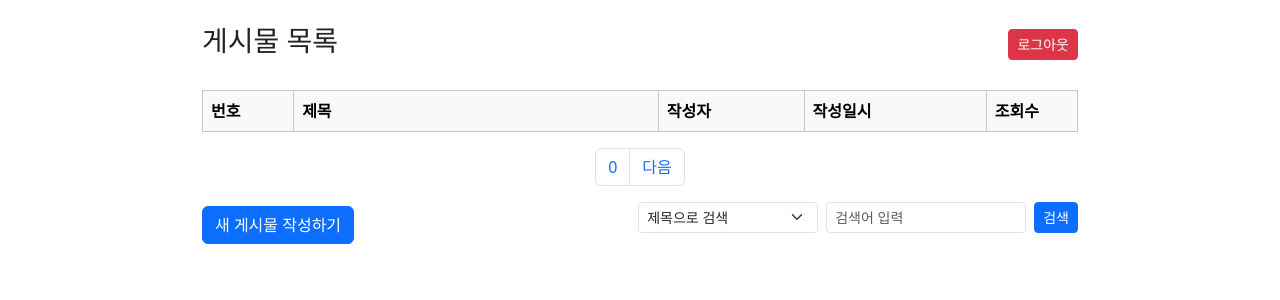
Repository: LHH-commits/SpringBoot_simple_board
Page: http://localhost/lcomputerstudy/WEB-INF/views/list.jsp
The author's editor kept a copy of each file at every save. The page is drawn from the files as they stood at one save, then again after the next save.
The browser window is 1280 px wide. The pictures show the whole page.
The page is served by Tomcat 9. Nobody is signed in. The template is opened directly, without the code that normally fills it, so the values that code supplies are empty.

Above is the page before, as saved 2024-09-23 01:53:48.

After the next save:
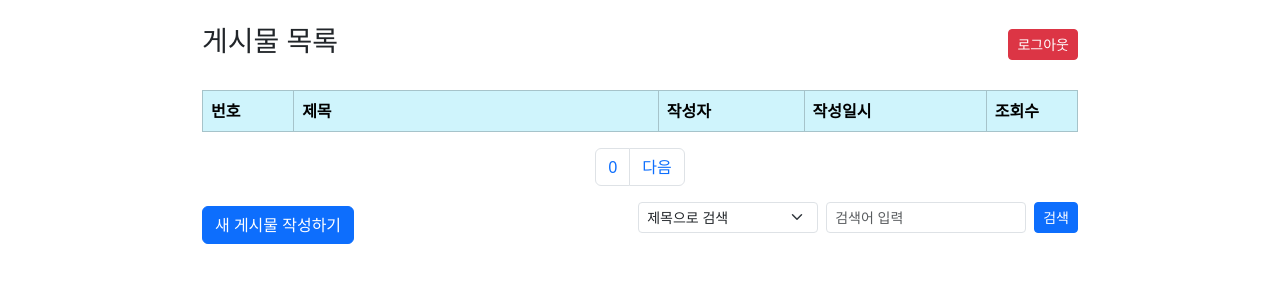
Saved 2 min 33 s later.
--- a/lcomputerstudy/src/main/webapp/WEB-INF/views/list.jsp
+++ b/lcomputerstudy/src/main/webapp/WEB-INF/views/list.jsp
@@ -104,7 +104,7 @@
     	</div>
 
     <table class="table table-hover table-bordered">
-        <thead class="table-light">
+        <thead class="table-info">
             <tr>
                 <th style="width: 5%">번호</th>
                 <th style="width: 20%">제목</th>
